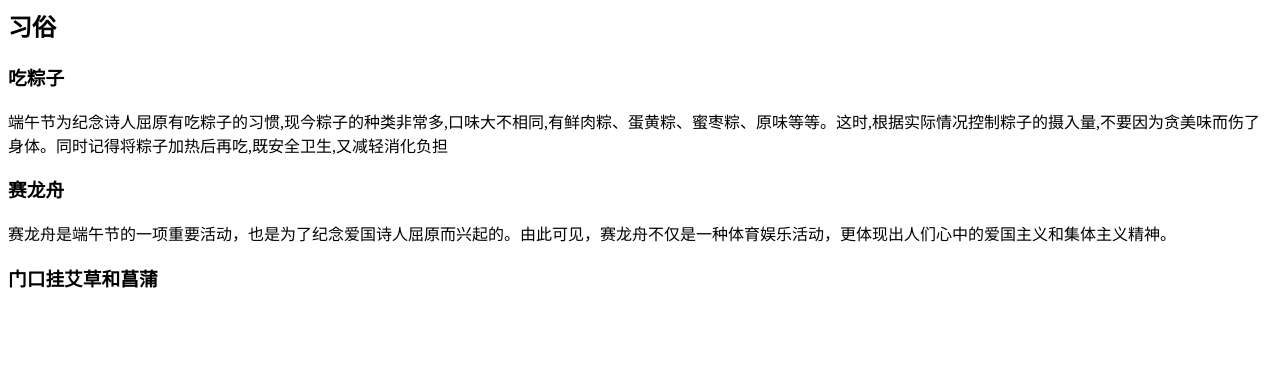
Repository: XueJie1/computer-operation-basics
Page: pages/dragonboatfes/customs.html
These files come from the project's save history. The page is drawn as it stood at one moment and after a run of saves; the edit follows.
The browser window is 1280 px wide. The pictures show the whole page.

Above is the page before, as saved 2023-09-11 20:52:20.

### pages/dragonboatfes/customs.html
<h2>习俗</h2>
<h3>吃粽子</h3>
<p>端午节为纪念诗人屈原有吃粽子的习惯,现今粽子的种类非常多,口味大不相同,有鲜肉粽、蛋黄粽、蜜枣粽、原味等等。这时,根据实际情况控制粽子的摄入量,不要因为贪美味而伤了身体。同时记得将粽子加热后再吃,既安全卫生,又减轻消化负担</p>
<h3>赛龙舟</h3>
<p>赛龙舟是端午节的一项重要活动，也是为了纪念爱国诗人屈原而兴起的。由此可见，赛龙舟不仅是一种体育娱乐活动，更体现出人们心中的爱国主义和集体主义精神。</p>
<h3>门口挂艾草和菖蒲</h3>

After the next 3 saves:
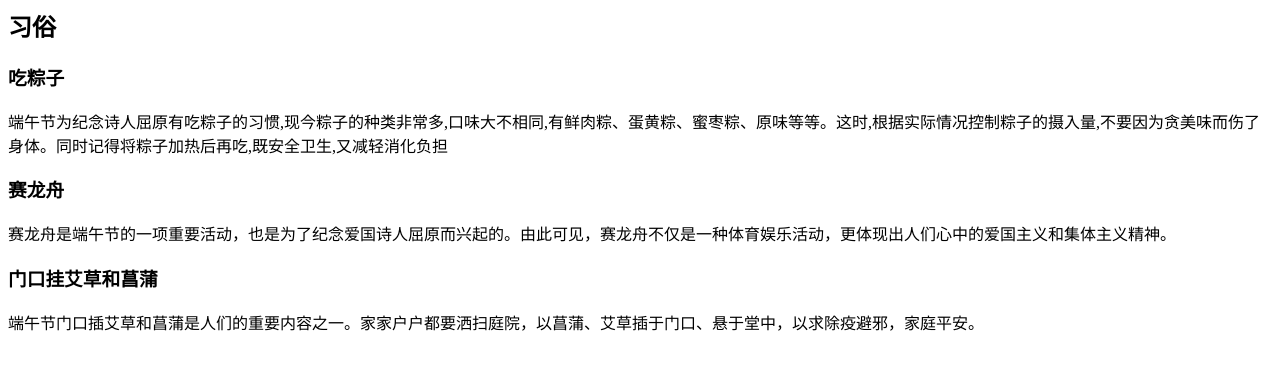
The 3 saves are shown as one change because they came seconds apart.
The last was saved 21 s later.
--- a/pages/dragonboatfes/customs.html
+++ b/pages/dragonboatfes/customs.html
@@ -4,3 +4,4 @@
 <h3>赛龙舟</h3>
 <p>赛龙舟是端午节的一项重要活动，也是为了纪念爱国诗人屈原而兴起的。由此可见，赛龙舟不仅是一种体育娱乐活动，更体现出人们心中的爱国主义和集体主义精神。</p>
 <h3>门口挂艾草和菖蒲</h3>
+<p>端午节门口插艾草和菖蒲是人们的重要内容之一。家家户户都要洒扫庭院，以菖蒲、艾草插于门口、悬于堂中，以求除疫避邪，家庭平安。</p>
